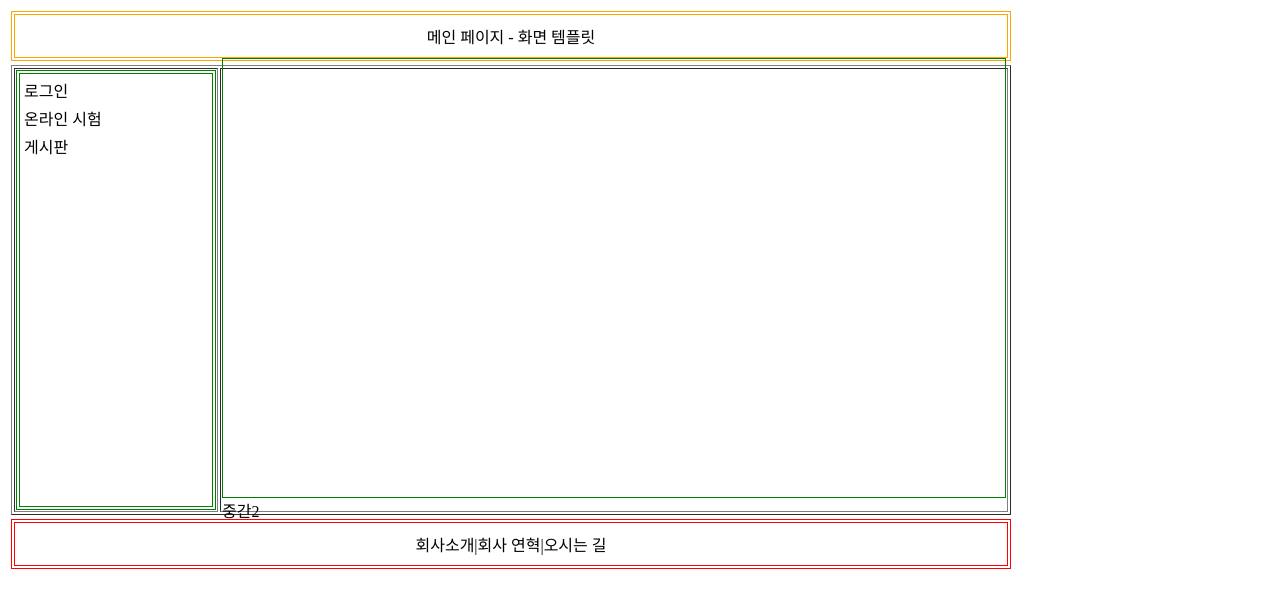
Repository: ikobean/ikoebean
Page: http://localhost/dev_jsp/ch07/index.jsp
An editor plug-in stored every save of this project. The page is shown before and after the next save, followed by the edit.
The browser window is 1280 px wide. The pictures show the whole page.
The page is served by Tomcat 9.

Above is the page before, as saved 2019-07-17 02:39:33.

After the next save:
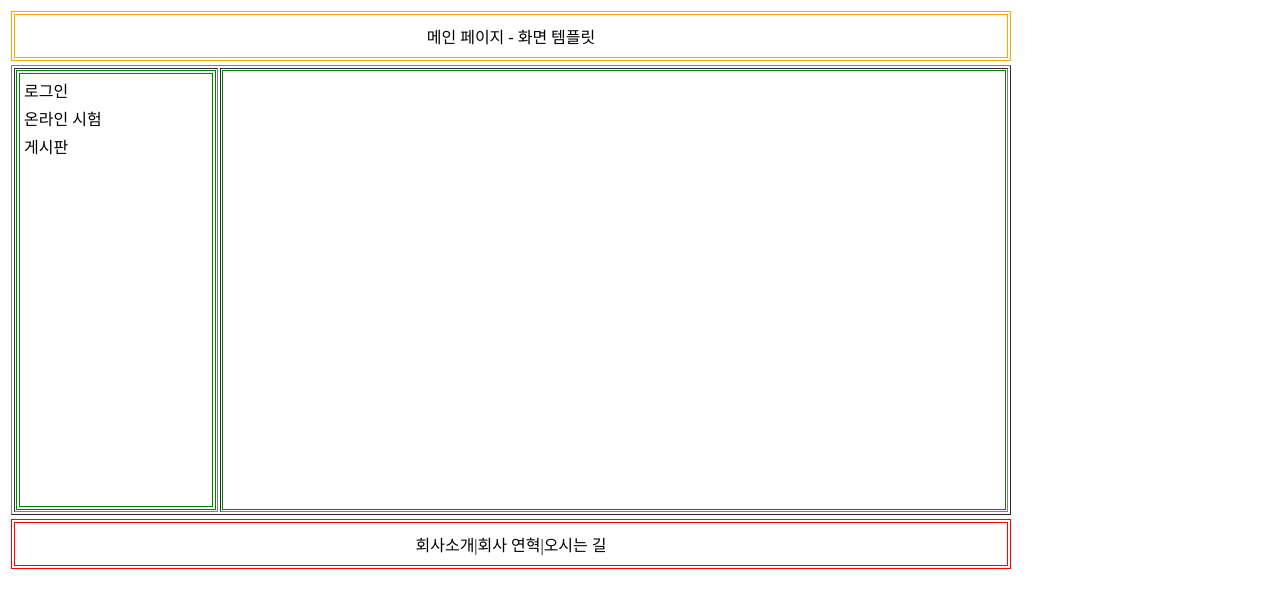
Saved 10 s later.
--- a/workspace_jsp/dev_jsp/WebContent/ch07/index.jsp
+++ b/workspace_jsp/dev_jsp/WebContent/ch07/index.jsp
@@ -27,7 +27,7 @@
 <!-- main 영억 -->
 					<td>
 					<jsp:include page="main.jsp" flush="false"/>
-						중간2
+
 					</td>
 				</tr>
 
